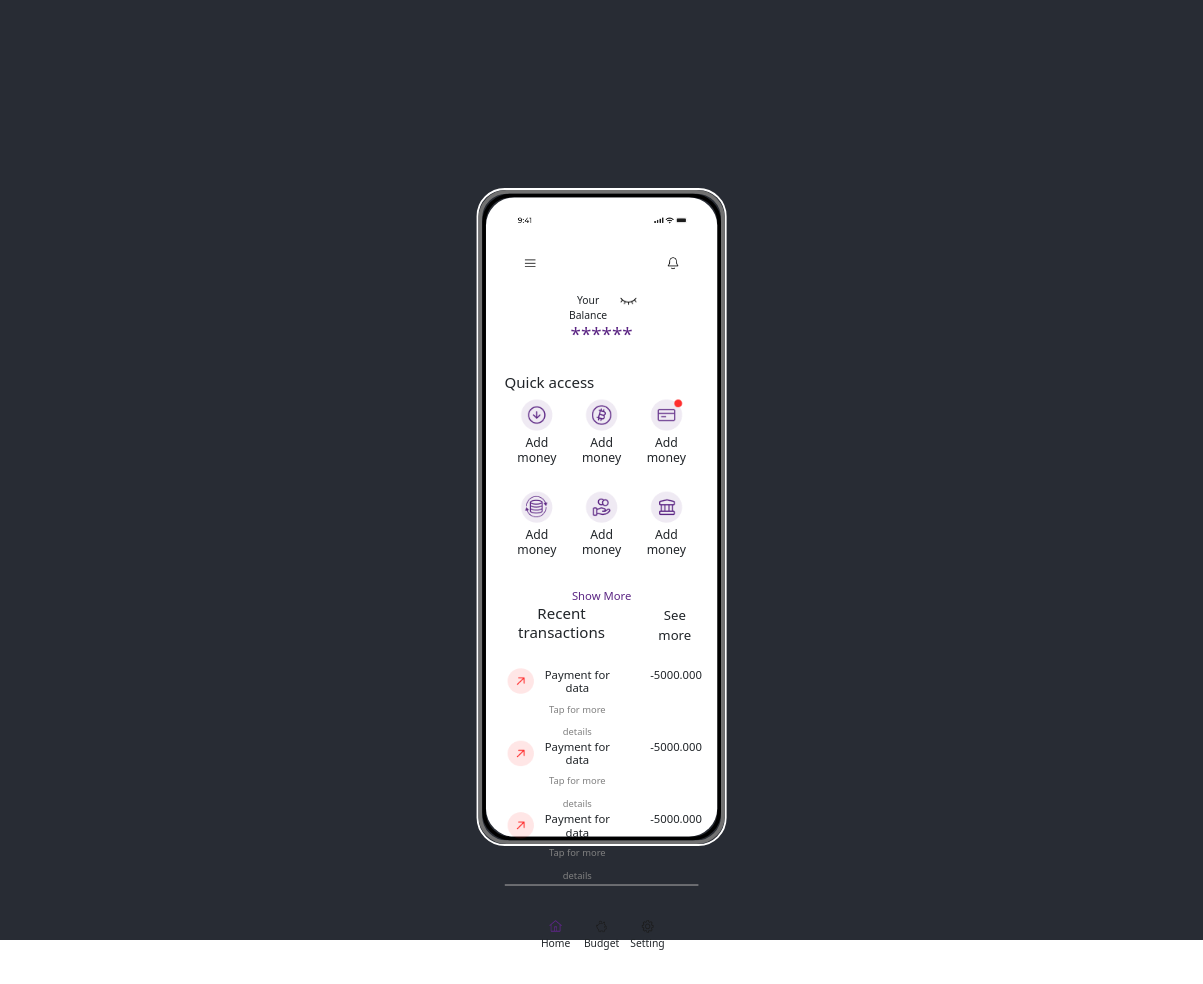
Repository: sarahnnanyelugo/fcmb-hackathon
Page: /
An editor plug-in stored every save of this project. The page is shown before and after the next save, followed by the edit.
The browser window is 1280 px wide. The pictures show the whole page, at 94% of full size.
The project was rebuilt for these pictures with package versions that can differ from the ones it lists, and the page was loaded fresh each time.

Above is the page before, as saved 2023-10-28 19:44:23.

After the next save:
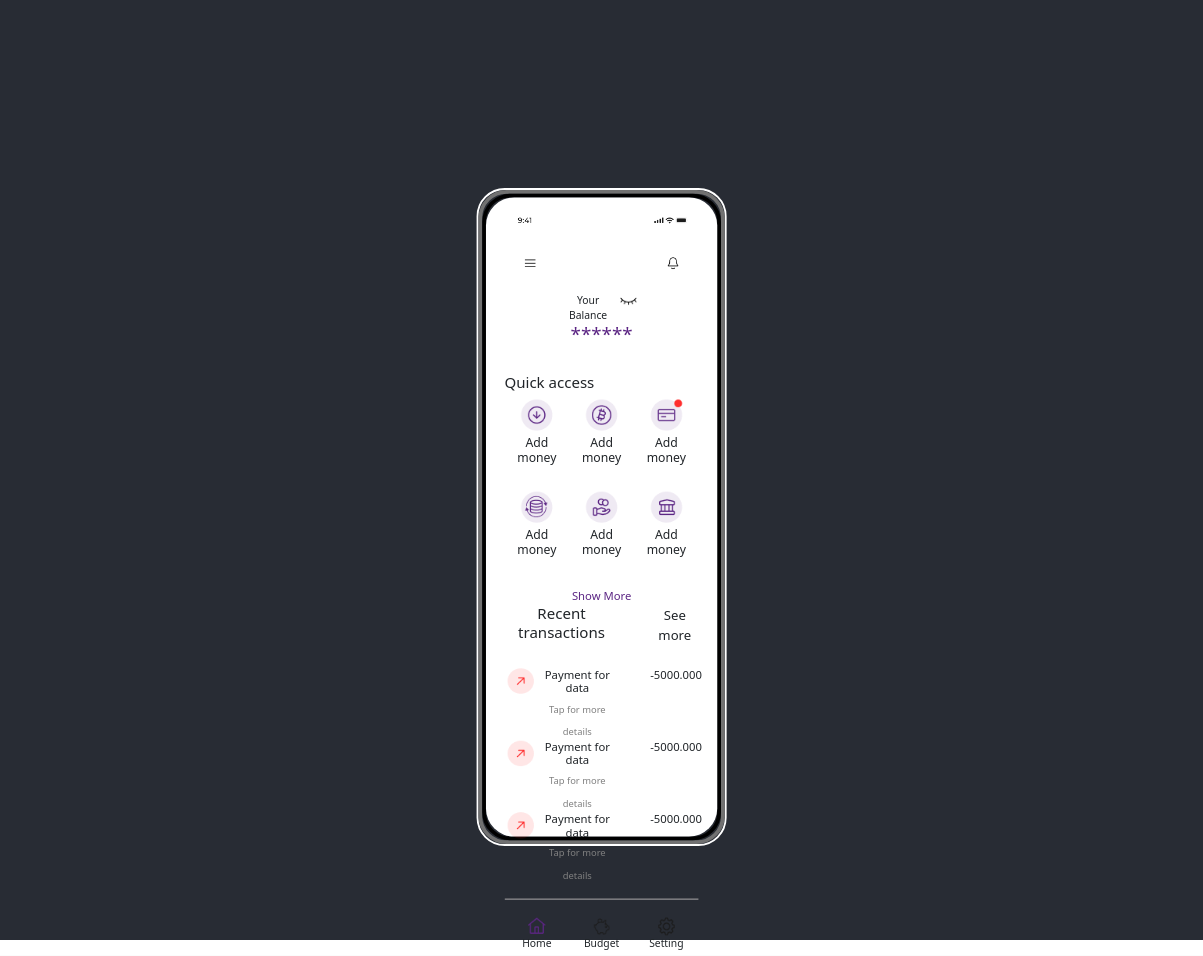
Saved 23 s later.
--- a/src/App.scss
+++ b/src/App.scss
@@ -79,7 +79,8 @@
 }
 .footer {
   border-top: solid 1px rgb(180, 178, 178);
-  padding: 30px;
+  padding-top: 15px;
+  margin-top: 15px;
   h6 {
     font-size: 11px;
   }
